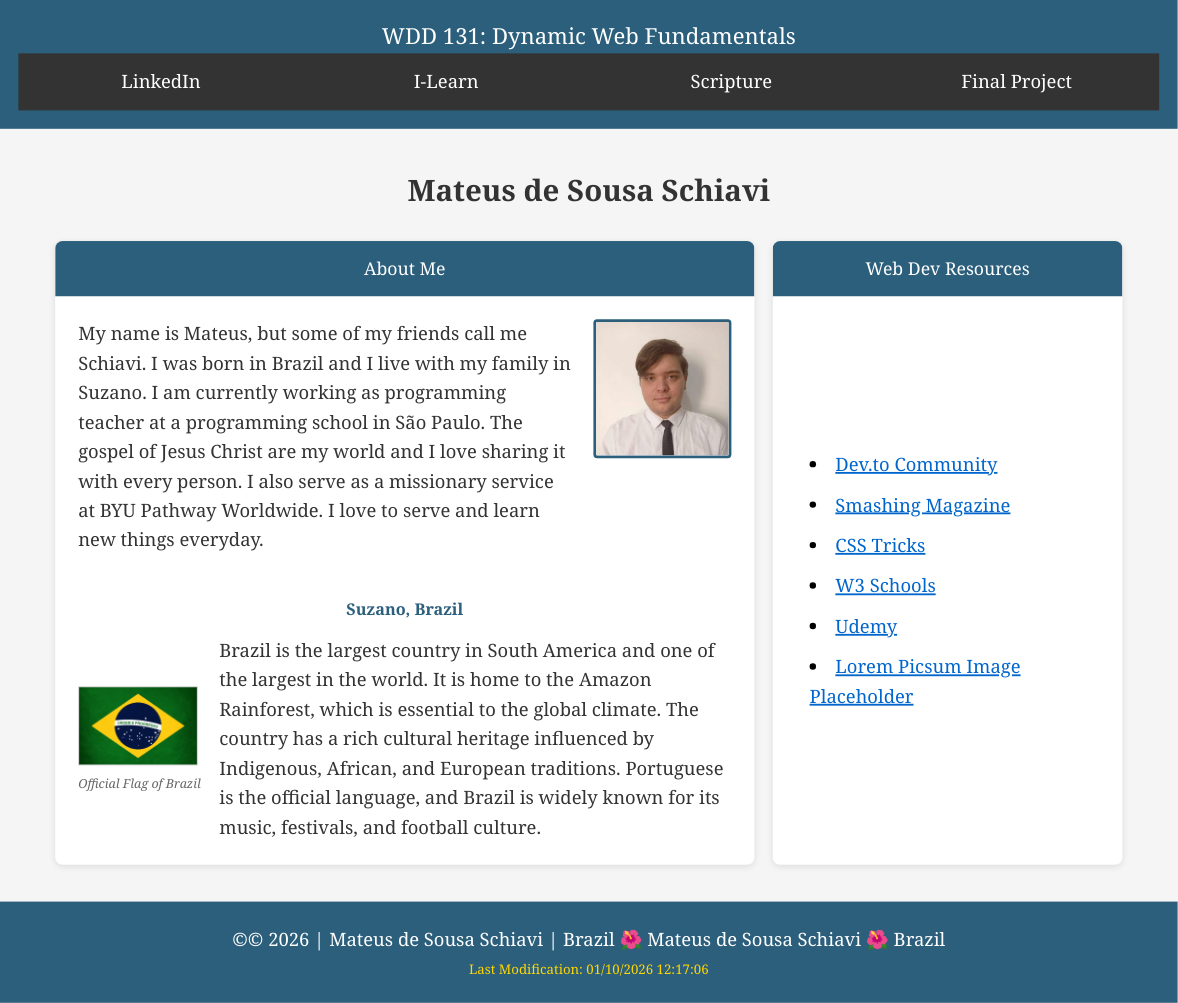
Repository: mateus-schiavi/wdd131
Page: index.html
These files come from the project's save history. The page is drawn as it stood at one moment and after the next save; the edit follows.
The browser window is 1280 px wide. The pictures show the whole page, at 92% of full size.
Some web fonts or font styles are not loaded; a fallback is used.

Above is the page before, as saved 2026-01-10 18:03:28.

### index.html
<!DOCTYPE html>
<html lang="en">

<head>
    <script src="./scripts/getdates.js" defer></script>
    <meta charset="UTF-8">
    <meta name="viewport" content="width=device-width, initial-scale=1.0">
    <meta name="author" content="Mateus de Sousa Schiavi">
    <meta name="description"
        content="Personal homepage for WDD 131 – Dynamic Web Fundamentals, featuring information about Mateus de Sousa Schiavi and useful web development resources.">
    <title>WDD 131 - Dynamic Web Fundamentals - Mateus de Sousa Schiavi</title>
    <link rel="stylesheet" href="./styles/base.css">
    <link rel="preconnect" href="https://fonts.googleapis.com">
    <link rel="preconnect" href="https://fonts.gstatic.com" crossorigin>
    <link href="https://fonts.googleapis.com/css2?family=Ancizar+Serif:ital,wght@0,300..900;1,300..900&display=swap"
        rel="stylesheet">
</head>

<body>
    <header>
        <h1 id="course-title">WDD 131: Dynamic Web Fundamentals</h1>
        <nav>
        <a href="https://www.linkedin.com/in/mateus-de-sousa-schiavi/" target="_blank">LinkedIn</a>
        <a href="https://byupw.instructure.com/" target="_blank">I-Learn</a>
        <a href="https://www.churchofjesuschrist.org/study/scriptures/nt/matt/24?lang=eng&id=p14#p14"
            target="_blank">Scripture</a>
        <a href="#">Final Project</a>
    </nav>
    </header>
    <main>
        <h2>Mateus de Sousa Schiavi</h2>
        <div class="content-wrapper">
            <section class="card about-card">
                <h3>About Me</h3>
                <div class="about-content">
                    <div class="text-content">
                        <p>
                            My name is Mateus, but some of my friends call me Schiavi. I was born in Brazil and I live
                            with my family in Suzano. I am currently working as programming teacher at a programming
                            school in São Paulo. The gospel of Jesus Christ are my world and I love sharing it with
                            every person. I also serve as a missionary service at BYU Pathway Worldwide. I love to serve
                            and learn new things everyday.
                        </p>
                    </div>
                    <img src="./images/profile.jpg" alt="Profile picture of Mateus de Sousa Schiavi">
                </div>
                <div class="country">
                    <h4>Suzano, Brazil</h4>
                    <div class="country-content">
                        <figure>
                            <img src="./images/brazilian_flag.jpg" alt="Official flag of Brazil">
                            <figcaption>Official Flag of Brazil</figcaption>
                        </figure>
                        <p>
                            Brazil is the largest country in South America and one of the largest in the world.
                            It is home to the Amazon Rainforest, which is essential to the global climate.
                            The country has a rich cultural heritage influenced by Indigenous, African, and
                            European traditions. Portuguese is the official language, and Brazil is widely
                            known for its music, festivals, and football culture.
                        </p>
                    </div>
                </div>
            </section>
            <section class="card resources-card">
                <h3>Web Dev Resources</h3>
                <ul>
                    <li><a href="https://dev.to/" target="_blank">Dev.to Community</a></li>
                    <li><a href="https://www.smashingmagazine.com/" target="_blank">Smashing Magazine</a></li>
                    <li><a href="https://css-tricks.com/" target="_blank">CSS Tricks</a></li>
                    <li><a href="https://www.w3schools.com/" target="_blank">W3 Schools</a></li>
                    <li><a href="https://www.udemy.com/" target="_blank">Udemy</a></li>
                    <li><a href="https://picsum.photos/" target="_blank">Lorem Picsum Image Placeholder</a></li>
                </ul>
            </section>
        </div>
    </main>
    <footer>
        <p>©<span id="currentYear"></span> 🌺 Mateus de Sousa Schiavi 🌺 Brazil</p>
        <p id="lastModified"></p>
    </footer>
</body>

</html>

### scripts/getdates.js
const currentYear = new Date().getFullYear();

document.getElementById("currentYear").textContent = `© ${currentYear} | Mateus de Sousa Schiavi | Brazil`;

const lastModifiedDate = document.lastModified;

document.getElementById("lastModified").textContent = `Last Modification: ${lastModifiedDate}`;

### styles/base.css
* {
  margin: 0;
  padding: 0;
  box-sizing: border-box;
}

body {
  font-family: 'Ancizar Serif', Georgia, serif;
  background-color: #f5f5f5;
  line-height: 1.6;
  font-size: 20px;
}

header {
  background-color: #2c5f7c;
  color: white;
  padding: 20px;
  text-align: center;
}

#course-title {
  font-size: 1.5rem;
  font-weight: normal;
  margin: 0;
}

/* Navigation */
nav {
  background-color: #333;
  display: flex;
  justify-content: space-around;
  flex-wrap: wrap;
}

nav a {
  color: white;
  text-decoration: none;
  padding: 15px 20px;
  display: block;
  transition: background-color 0.3s;
  flex: 1;
  text-align: center;
}

nav a:hover {
  background-color: #555;
}

/* Main Content */
main {
  max-width: 1200px;
  margin: 40px auto;
  padding: 0 20px;
}

main > h2 {
  text-align: center;
  font-size: 2rem;
  margin-bottom: 30px;
  color: #333;
}

.content-wrapper {
  display: grid;
  grid-template-columns: 2fr 1fr;
  gap: 20px;
}

/* Card Sections */
.card {
  background-color: white;
  border-radius: 8px;
  box-shadow: 0 2px 8px rgba(0, 0, 0, 0.1);
  overflow: hidden;
}

.card h3 {
  background-color: #2c5f7c;
  color: white;
  padding: 15px;
  text-align: center;
  font-size: 1.2rem;
  margin: 0;
  font-weight: normal;
}

/* About Me Card */
.about-card .about-content {
  padding: 25px;
  display: flex;
  gap: 20px;
  align-items: flex-start;
}

.text-content {
  flex: 1;
}

.text-content p {
  color: #333;
  text-align: left;
}

.about-content img {
  width: 150px;
  height: auto;
  border: 3px solid #2c5f7c;
  border-radius: 4px;
  flex-shrink: 0;
}

/* Country Section */
.country {
  padding: 25px;
  padding-top: 20px;
}

.country h4 {
  text-align: center;
  color: #2c5f7c;
  margin-bottom: 15px;
  font-size: 1.1rem;
}

.country-content {
  display: flex;
  gap: 20px;
  align-items: center;
  margin-top: 15px;
}

.country-content figure {
  text-align: center;
  margin: 0;
  flex-shrink: 0;
}

.country-content figure img {
  width: 130px;
  height: auto;
  border: 1px solid #ccc;
  display: block;
  margin-bottom: 8px;
}

.country-content figcaption {
  font-size: 0.85rem;
  font-style: italic;
  color: #666;
}

.country-content p {
  flex: 1;
  color: #333;
  text-align: left;
}

/* Web Dev Resources Card */
.resources-card {
  align-self: stretch;
  display: flex;
  flex-direction: column;
}

.resources-card ul {
    padding-left: 40px;
    list-style-position: inside;
    display: flex;
    flex-direction: column;
    justify-content: center;
    height: 100%;
}

.resources-card li {
  margin-bottom: 12px;
}

.resources-card li:last-child {
  margin-bottom: 0;
}

.resources-card a {
  color: #0066cc;
  text-decoration: underline;
  transition: color 0.2s;
}

.resources-card a:hover {
  color: #004499;
}

/* Footer */
footer {
  background-color: #2c5f7c;
  color: white;
  text-align: center;
  padding: 20px;
  margin-top: 40px;
}

footer p {
  margin: 5px 0;
}

#lastModified {
  font-size: 0.9rem;
  color: #ffd700;
}

/* Responsive Design */
@media (max-width: 900px) {
  .content-wrapper {
    grid-template-columns: 1fr;
  }
}

@media (max-width: 768px) {
  nav {
    flex-direction: column;
  }

  nav a {
    border-bottom: 1px solid #555;
  }

  nav a:last-child {
    border-bottom: none;
  }

  .about-content {
    flex-direction: column;
    align-items: center !important;
    text-align: center;
  }

  .text-content p {
    text-align: center !important;
  }

  .country-content {
    flex-direction: column;
    text-align: center;
  }

  .country-content p {
    text-align: center !important;
  }

  main > h2 {
    font-size: 1.5rem;
  }
}

After the next save:
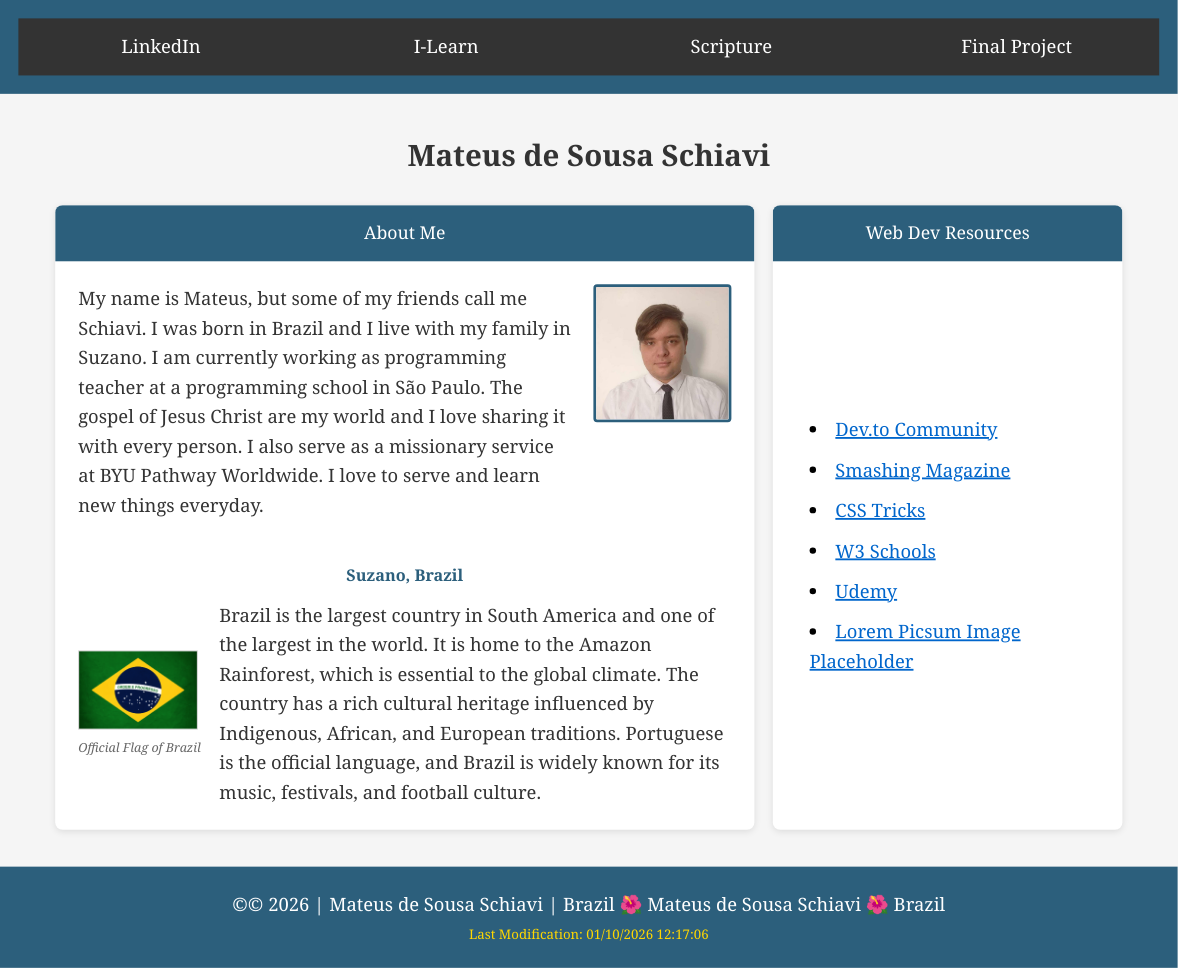
Saved 34 s later.
--- a/index.html
+++ b/index.html
@@ -18,7 +18,6 @@
 
 <body>
     <header>
-        <h1 id="course-title">WDD 131: Dynamic Web Fundamentals</h1>
         <nav>
         <a href="https://www.linkedin.com/in/mateus-de-sousa-schiavi/" target="_blank">LinkedIn</a>
         <a href="https://byupw.instructure.com/" target="_blank">I-Learn</a>

After the save that followed:
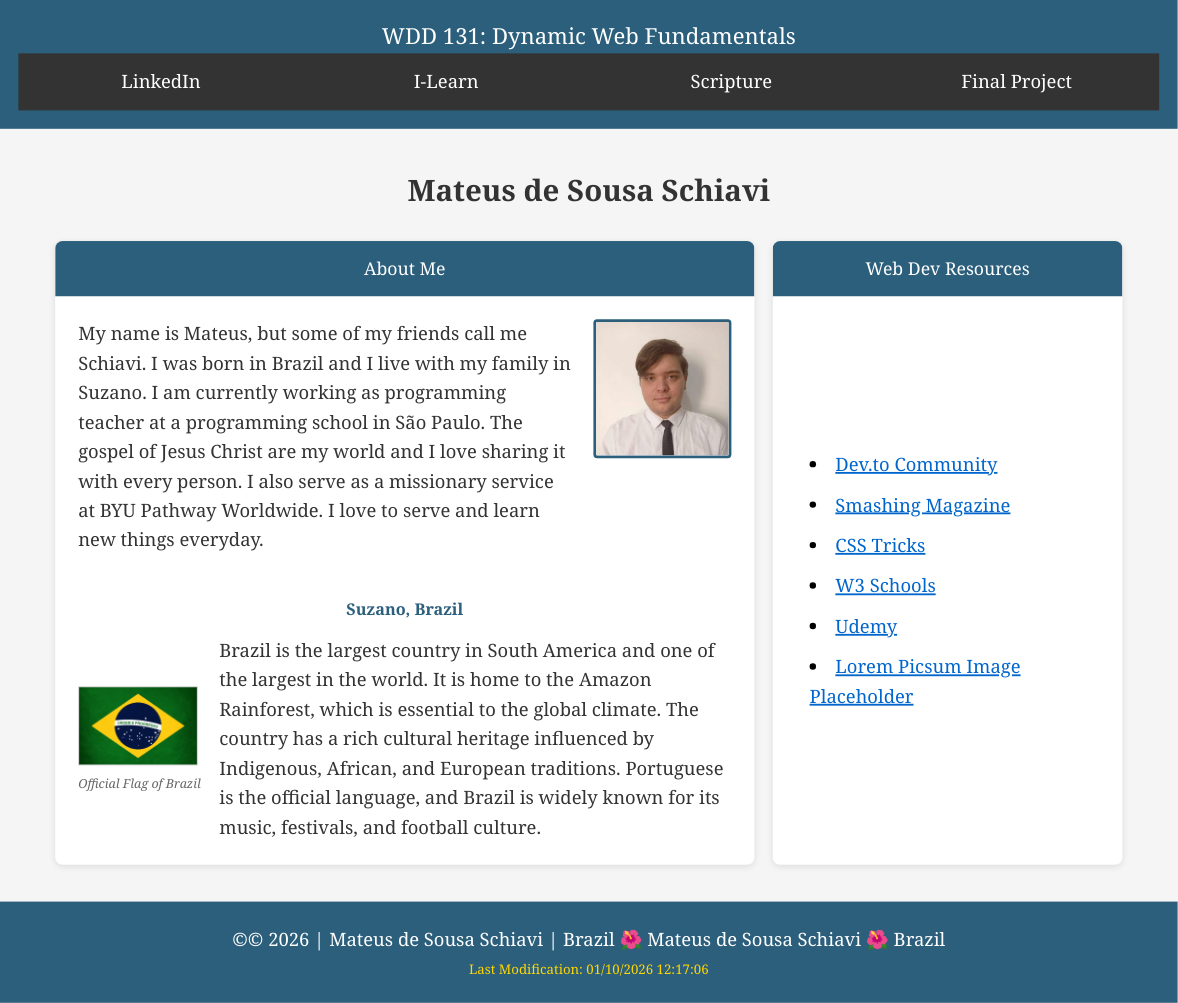
Saved 27 s later.
--- a/index.html
+++ b/index.html
@@ -18,6 +18,7 @@
 
 <body>
     <header>
+        <span id="course-title">WDD 131: Dynamic Web Fundamentals</span>
         <nav>
         <a href="https://www.linkedin.com/in/mateus-de-sousa-schiavi/" target="_blank">LinkedIn</a>
         <a href="https://byupw.instructure.com/" target="_blank">I-Learn</a>
